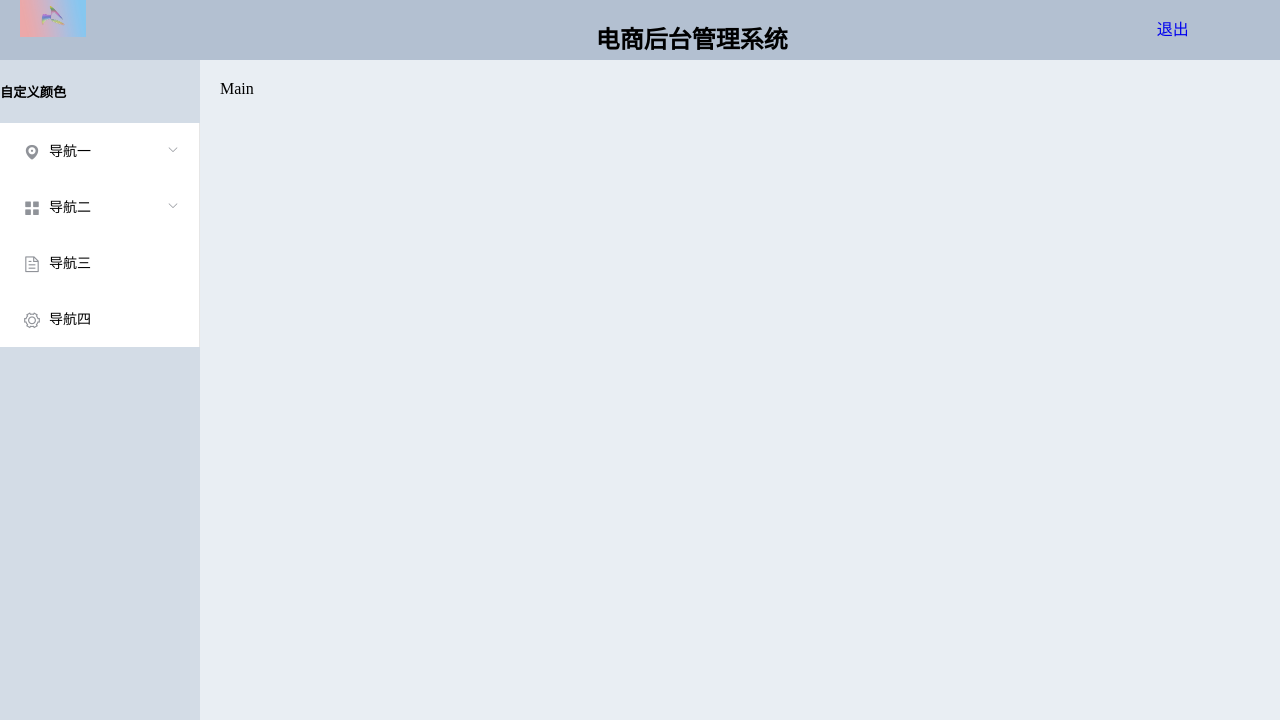
Repository: StenphonCook/mallmanger_my
Page: /
These files come from the project's save history. The page is drawn as it stood at one moment and after the next save; the edit follows.
The browser window is 1280 px wide. The pictures show the whole page.
The project was rebuilt for these pictures with package versions that can differ from the ones it lists, and the page was loaded fresh each time. Also part of the build but not shown: src/components/login/login.vue.

Above is the page before, as saved 2022-05-18 22:29:30.

After the next save:
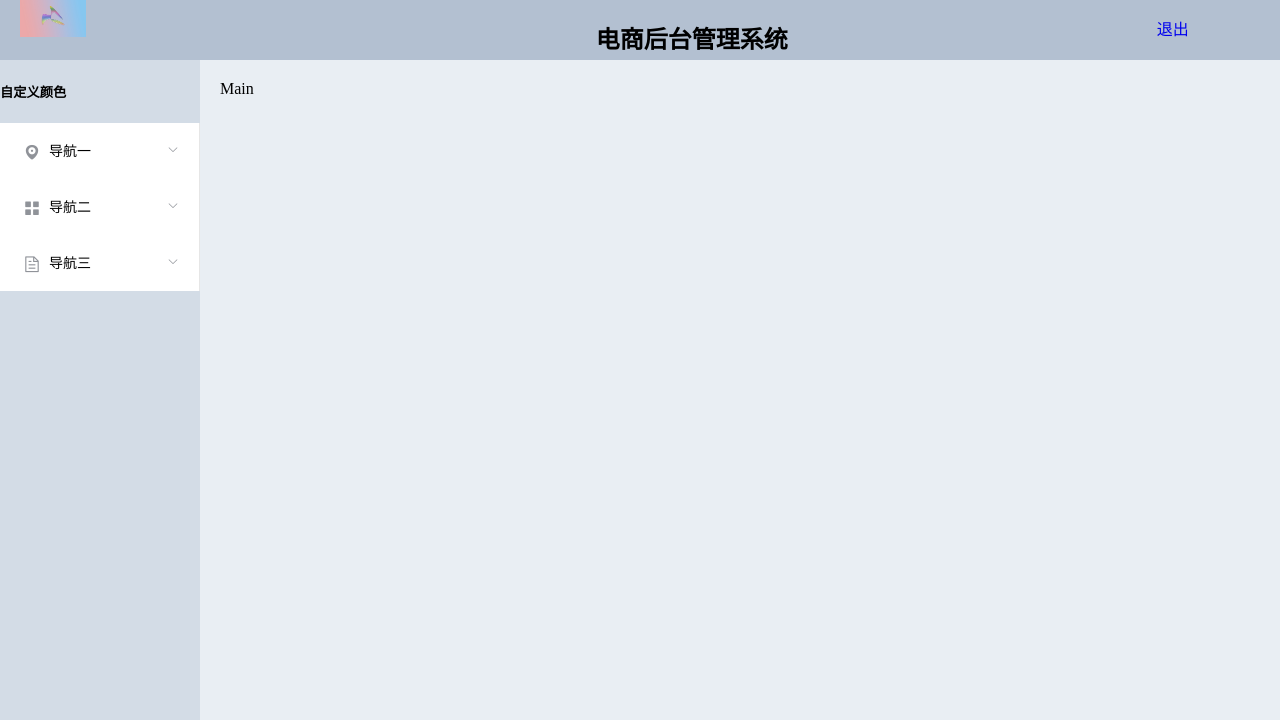
Saved 51 s later.
--- a/src/components/home/home.vue
+++ b/src/components/home/home.vue
@@ -55,14 +55,24 @@
                         <el-menu-item index="1-2">选项2</el-menu-item>
                         </el-menu-item-group>
                     </el-submenu>
-                    <el-menu-item index="3">
+                    <el-submenu>
+                        <template  slot="title">
+                            <i class="el-icon-document"></i>
+                            <span>导航三</span>
+                        </template>
+                        <el-menu-item-group>
+                        <el-menu-item index="1-1">选项1</el-menu-item>
+                        <el-menu-item index="1-2">选项2</el-menu-item>
+                        </el-menu-item-group>
+                    </el-submenu>
+                    <!-- <el-menu-item index="3">
                         <i class="el-icon-document"></i>
                         <span slot="title">导航三</span>
                     </el-menu-item>
                     <el-menu-item index="4">
                         <i class="el-icon-setting"></i>
                         <span slot="title">导航四</span>
-                    </el-menu-item>
+                    </el-menu-item> -->
                     </el-menu>
                 </el-col>
             </el-aside>

After the save that followed:
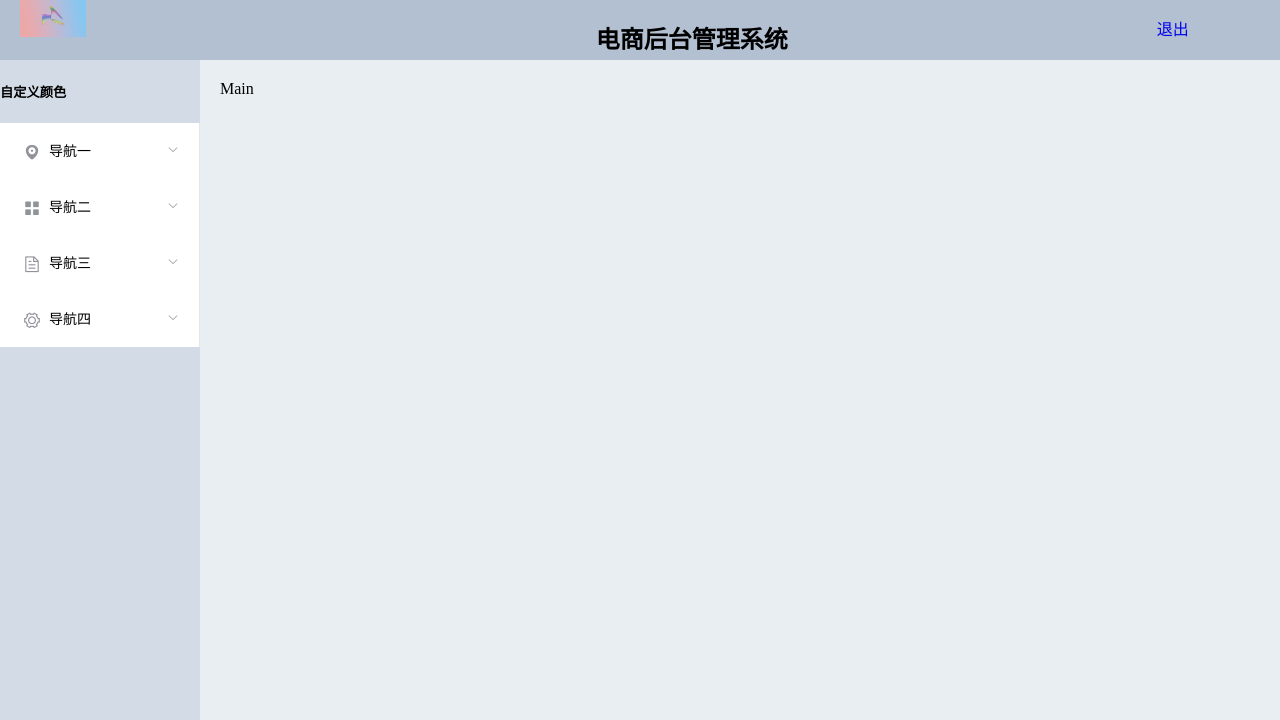
Saved 21 s later.
--- a/src/components/home/home.vue
+++ b/src/components/home/home.vue
@@ -65,6 +65,16 @@
                         <el-menu-item index="1-2">选项2</el-menu-item>
                         </el-menu-item-group>
                     </el-submenu>
+                    <el-submenu>
+                        <template  slot="title">
+                            <i class="el-icon-setting"></i>
+                            <span>导航四</span>
+                        </template>
+                        <el-menu-item-group>
+                        <el-menu-item index="1-1">选项1</el-menu-item>
+                        <el-menu-item index="1-2">选项2</el-menu-item>
+                        </el-menu-item-group>
+                    </el-submenu>
                     <!-- <el-menu-item index="3">
                         <i class="el-icon-document"></i>
                         <span slot="title">导航三</span>
